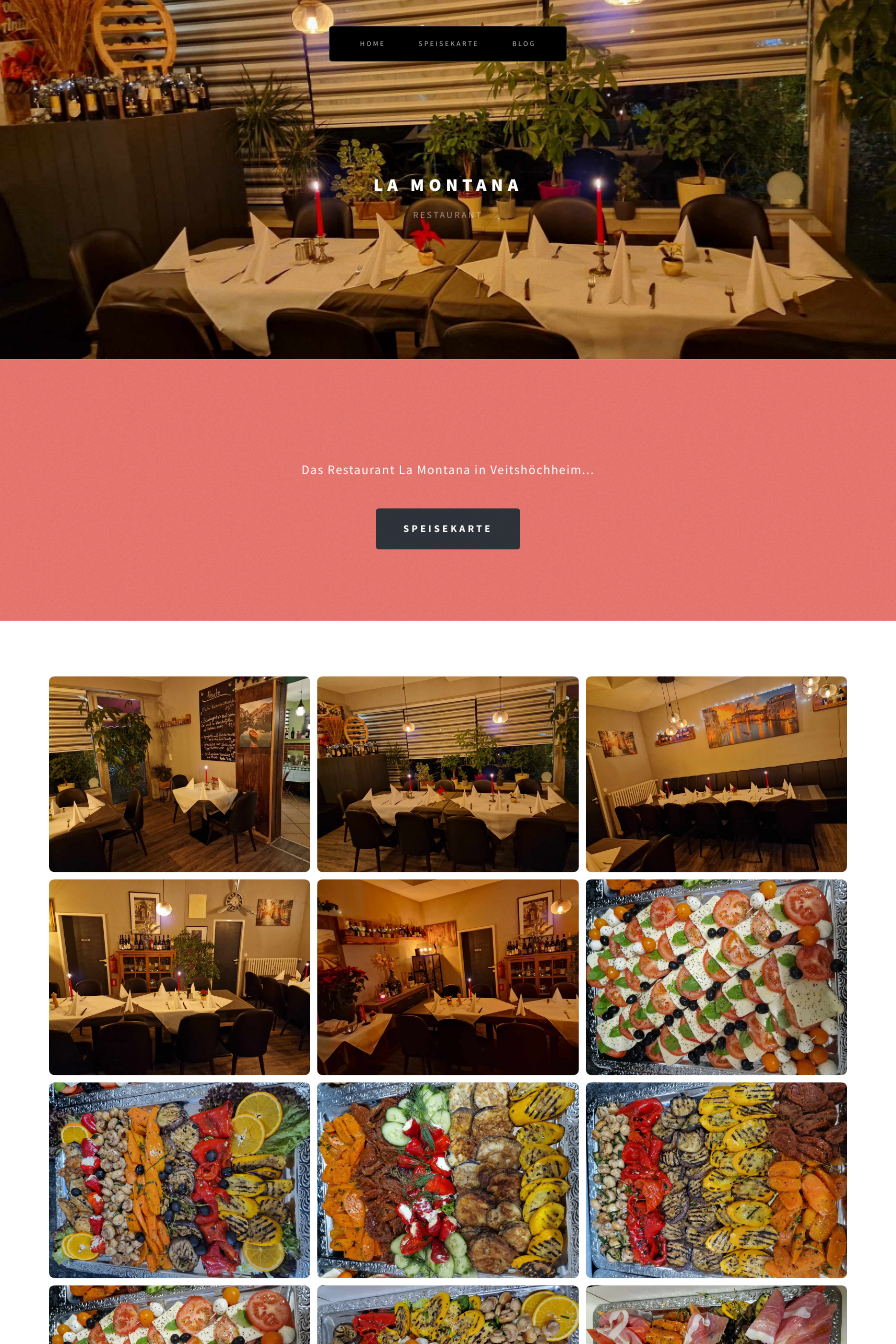
Repository: restaurantlamontana/restaurantlamontana.github.io
Page: index.html
These files come from the project's save history. The page is drawn as it stood at one moment and after the next save; the edit follows.
The browser window is 1280 px wide. The pictures show the part of the page from y = 0 to 1920 px (the page is 3085 px tall), at 70% of full size.

Above is the page before, as saved 2024-07-14 18:45:44.

After the next save:
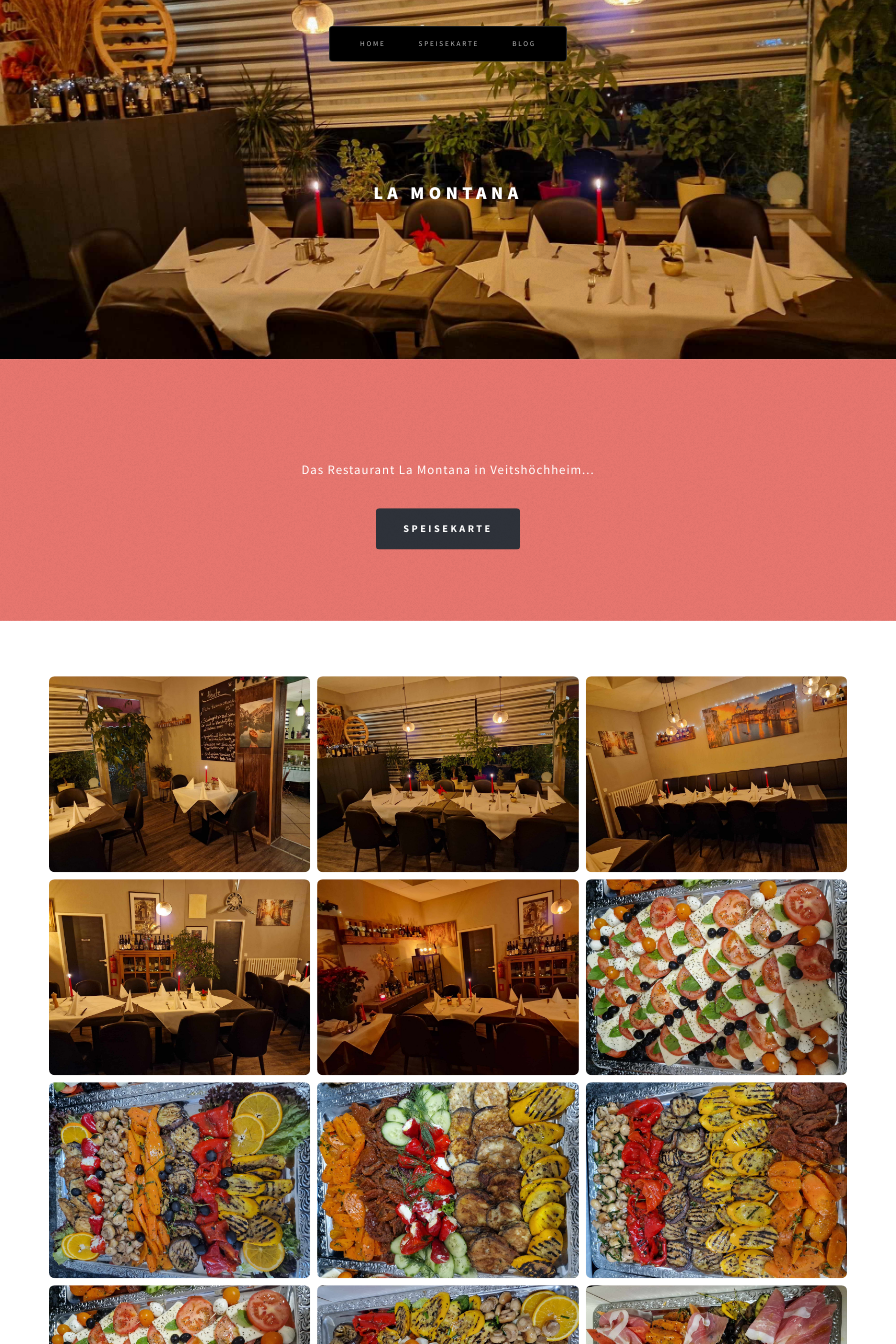
Saved 15 s later.
--- a/index.html
+++ b/index.html
@@ -21,7 +21,6 @@
         <!-- Logo -->
         <div id="logo">
           <h1><a href="index.html">La Montana</a></h1>
-          <p>Restaurant</p>
         </div>
 
         <!-- Nav -->
